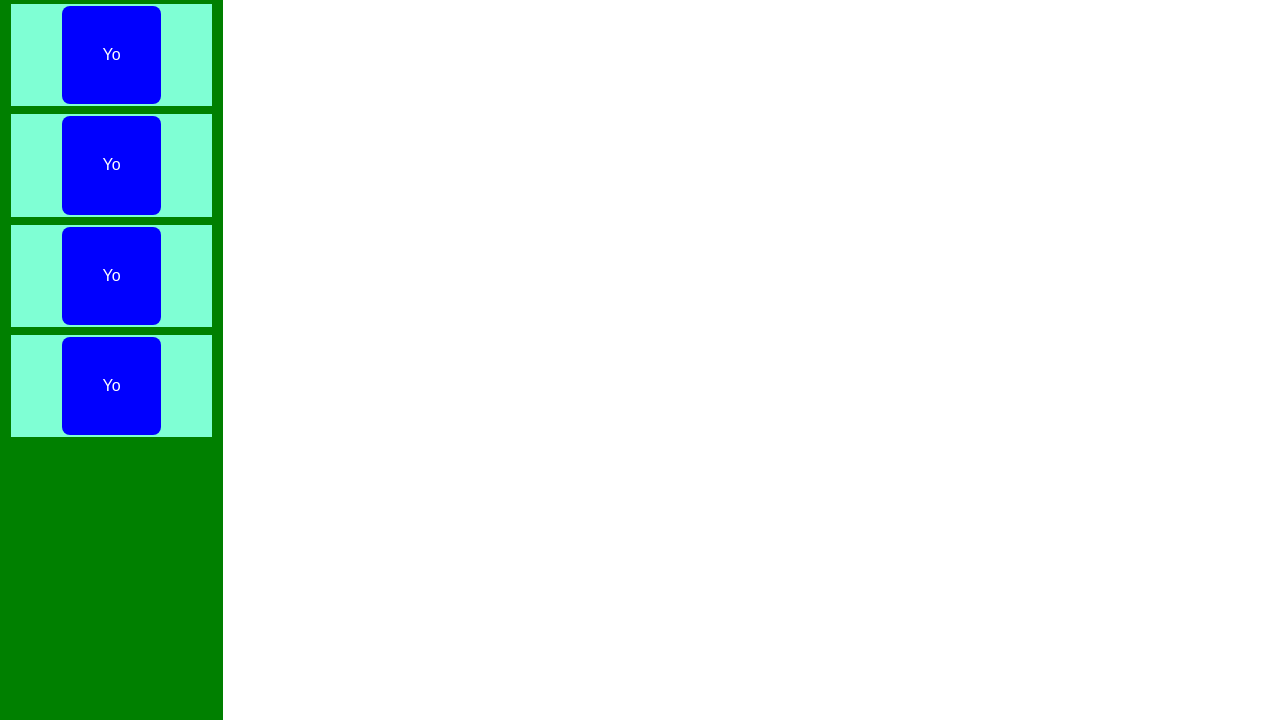
Repository: Tahaa2t/Researchers
Page: /
These files come from the project's save history. The page is drawn as it stood at one moment and after the next save; the edit follows.
The browser window is 1280 px wide. The pictures show the whole page.
The project was rebuilt for these pictures with package versions that can differ from the ones it lists, and the page was loaded fresh each time. Also part of the build but not shown: src/Components/loginform.js, src/Components/HomePage.js.

Above is the page before, as saved 2023-07-05 00:16:07.

After the next save:
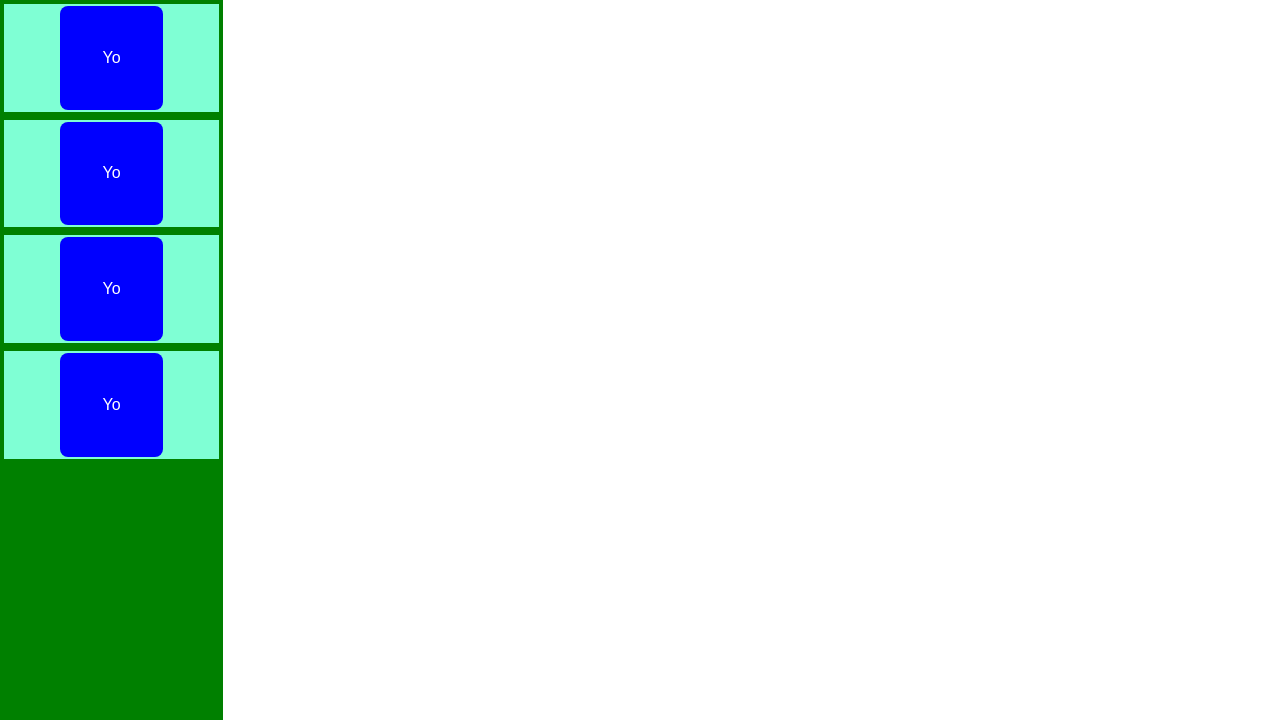
Saved 10 s later.
--- a/src/Components/css/navbarstyle.css
+++ b/src/Components/css/navbarstyle.css
@@ -16,7 +16,7 @@
 
 .btn {
   background-color: aquamarine;
-  width: 90%;
+  width: 96%;
   margin: 4px;
   display: flex;
   justify-content: center;
